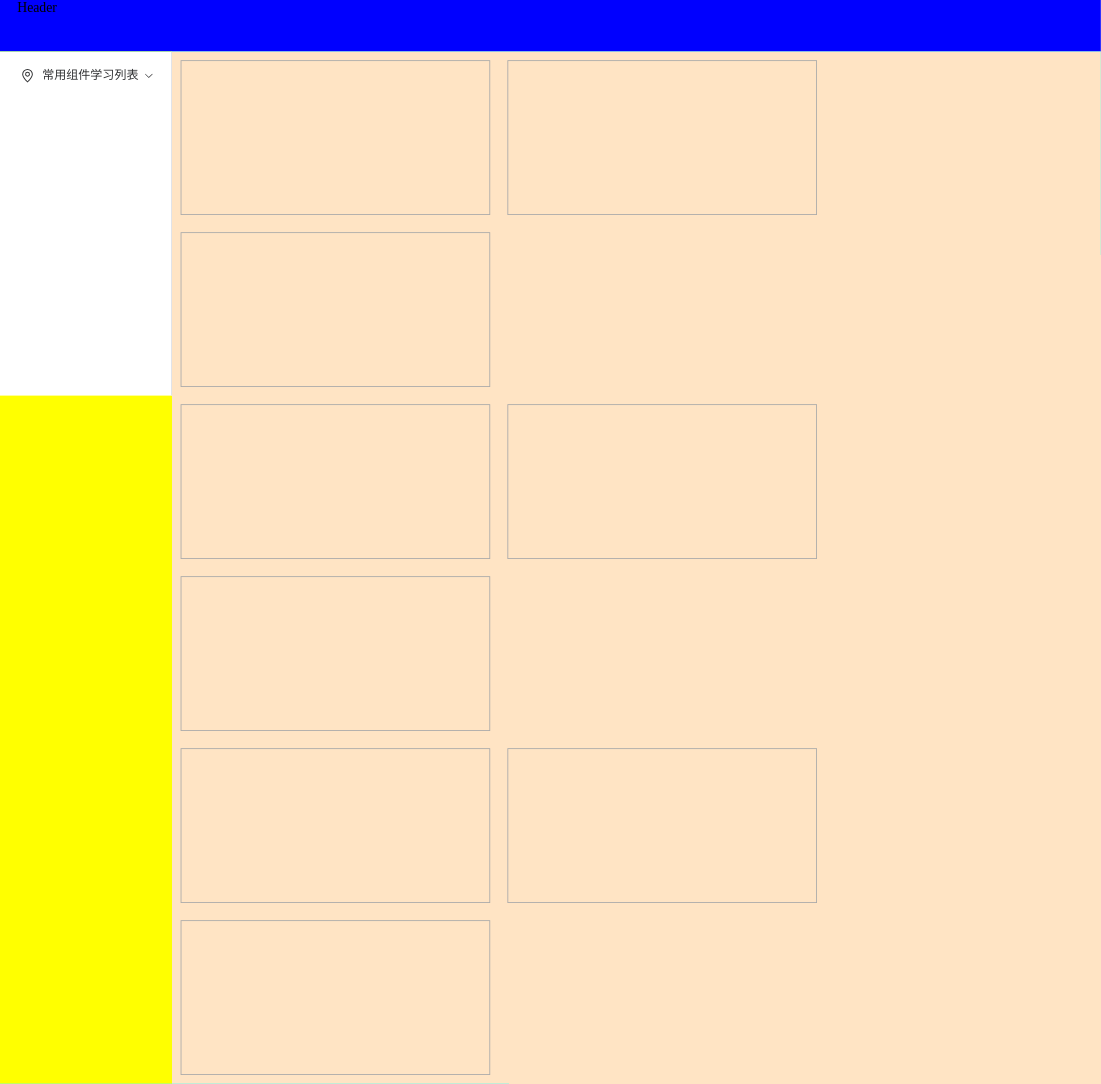
Repository: 553559555/vue3-project
Page: /#/index (app in vue3-app/)
An editor plug-in stored every save of this project. The page is shown before and after the next save, followed by the edit.
The browser window is 1280 px wide. The pictures show the whole page, at 86% of full size.
The project was rebuilt for these pictures with package versions that can differ from the ones it lists, and the page was loaded fresh each time. Also part of the build but not shown: vue3-app/vite.config.ts.

Above is the page before, as saved 2025-03-24 10:37:49.

### vue3-app/src/main.ts
import { createApp } from 'vue'
import ElementPlus from 'element-plus'
import 'element-plus/dist/index.css'
import router from './router'
import pinia from './stores'
import './style.css'
import App from './App.vue'

const app = createApp(App)
app.use(ElementPlus)
app.use(router)
app.use(pinia)

app.mount('#app')

### vue3-app/src/router/index.ts
import { createRouter, createWebHashHistory, createWebHistory } from 'vue-router'
import type { RouteRecordRaw } from 'vue-router'

const routes: Array<RouteRecordRaw> = [
  {
    path: '/',
    name: 'Login',
    component: () => import('../views/login.vue')
  },
  {
    path: '/index',
    name: 'index',
    component: () => import('../views/index.vue'),
    children: [
      {
        path: '',
        name: 'Home',
        component: () => import('../views/Home.vue')
      },
      {
        path: '/about',
        name: 'About',
        component: () => import('../views/About.vue')
      }
    ]
  }

]

const router = createRouter({
  history: createWebHashHistory(),
  routes
})

export default router

### vue3-app/src/stores/index.ts
import { createPinia } from 'pinia'

const pinia = createPinia()

export default pinia

### vue3-app/src/style.css
/* CSS 重置 */
* {
  margin: 0;
  padding: 0;
  box-sizing: border-box;
}

### vue3-app/src/App.vue
<script setup lang="ts">
import { RouterView } from 'vue-router'
</script>

<template>
    <router-view />
</template>

### vue3-app/src/views/index.vue
<template>
    <el-container class="container">
        <el-header>Header</el-header>
        <el-container>
            <el-aside width="200px">
                <home-left />
            </el-aside>
            <el-main>
                <router-view>
                </router-view>
            </el-main>
        </el-container>
    </el-container>
</template>

<script setup>

import { RouterView } from 'vue-router'
import HomeLeft from './components/home-left.vue'

</script>



<style scoped lang="scss">
.container {
    width: 100vw;
    height: 100vh;

    .el-header {
        background-color: blue;
    }

    .el-container {
        background-color: aqua;

        .el-aside {
            background-color: yellow;
        }

        .el-main {
            background-color: bisque;
            padding: 0;
        }

    }

}
</style>

### vue3-app/src/views/Home.vue
<template>
  <div class="home-container">
    <el-row class="row" :span="8">
      <el-col :span="8">
        <div class="grid-content ep-bg-purple-dark" />
      </el-col>
      <el-col :span="8">
        <div class="grid-content ep-bg-purple-dark" />
      </el-col>
      <el-col :span="8">
        <div class="grid-content ep-bg-purple-dark" />
      </el-col>
    </el-row>

    <el-row class="row" :span="8">
      <el-col :span="8">
        <div class="grid-content ep-bg-purple-dark" />
      </el-col>
      <el-col :span="8">
        <div class="grid-content ep-bg-purple-dark" />
      </el-col>
      <el-col :span="8">
        <div class="grid-content ep-bg-purple-dark" />
      </el-col>
    </el-row>

    <el-row class="row" :span="8">
      <el-col :span="8">
        <div class="grid-content ep-bg-purple-dark" />
      </el-col>
      <el-col :span="8">
        <div class="grid-content ep-bg-purple-dark" />
      </el-col>
      <el-col :span="8">
        <div class="grid-content ep-bg-purple-dark" />
      </el-col>
    </el-row>

  </div>
</template>

<script lang="ts" setup>

</script>

<style scoped lang="scss">
.home-container {
  width: 100%;
  height: 100%;
  box-sizing: border-box;

  .row {
    // padding: 10px;
    height: 400px;

    .el-col {
      box-sizing: border-box;
      margin: 10px;
      border: solid 1px #aaa;
    }
  }
}
</style>

### vue3-app/src/views/components/home-left.vue
<template>
    <div class="home-left-container">
        <el-menu default-active="2" class="el-menu-vertical-demo" @open="handleOpen" @close="handleClose"
            @select="handleSelect">
            <el-sub-menu v-for="(items, index) in listData" :index="items.name" :key="index">
                <template #title>
                    <el-icon>
                        <location />
                    </el-icon>
                    <span>{{ items.name }}</span>
                </template>
                <el-menu-item v-for="(item, index) in items.children" :index="item.name" :key="index">
                    <el-icon>
                        <location />
                    </el-icon>
                    <span>{{ item.name }}</span>
                </el-menu-item>
            </el-sub-menu>
        </el-menu>
    </div>
</template>

<script setup>
import { Location } from "@element-plus/icons-vue";

import { reactive, ref } from "vue";
const listData = reactive([
    {
        name: "常用组件学习列表",
        children: [
            {
                name: 'button'
            },
            {
                name: 'input'
            }
        ],
    },
]);
const isCollapse = ref(true);
const handleOpen = (key, keyPath) => {
    console.log(key, keyPath);
};
const handleClose = (key, keyPath) => {
    console.log(key, keyPath);
};

const handleSelect = (key, keyPath) => {
    console.log(key, keyPath);
};
</script>

<style scoped lang="scss">
.home-left-container {
    height: 100%;
    width: 100%;

    .el-menu-vertical-demo:not(.el-menu--collapse) {
        width: 200px;
        min-height: 400px;
    }
}
</style>

Loaded but not shown: vue3-app/index.html (common file)

After the next save:
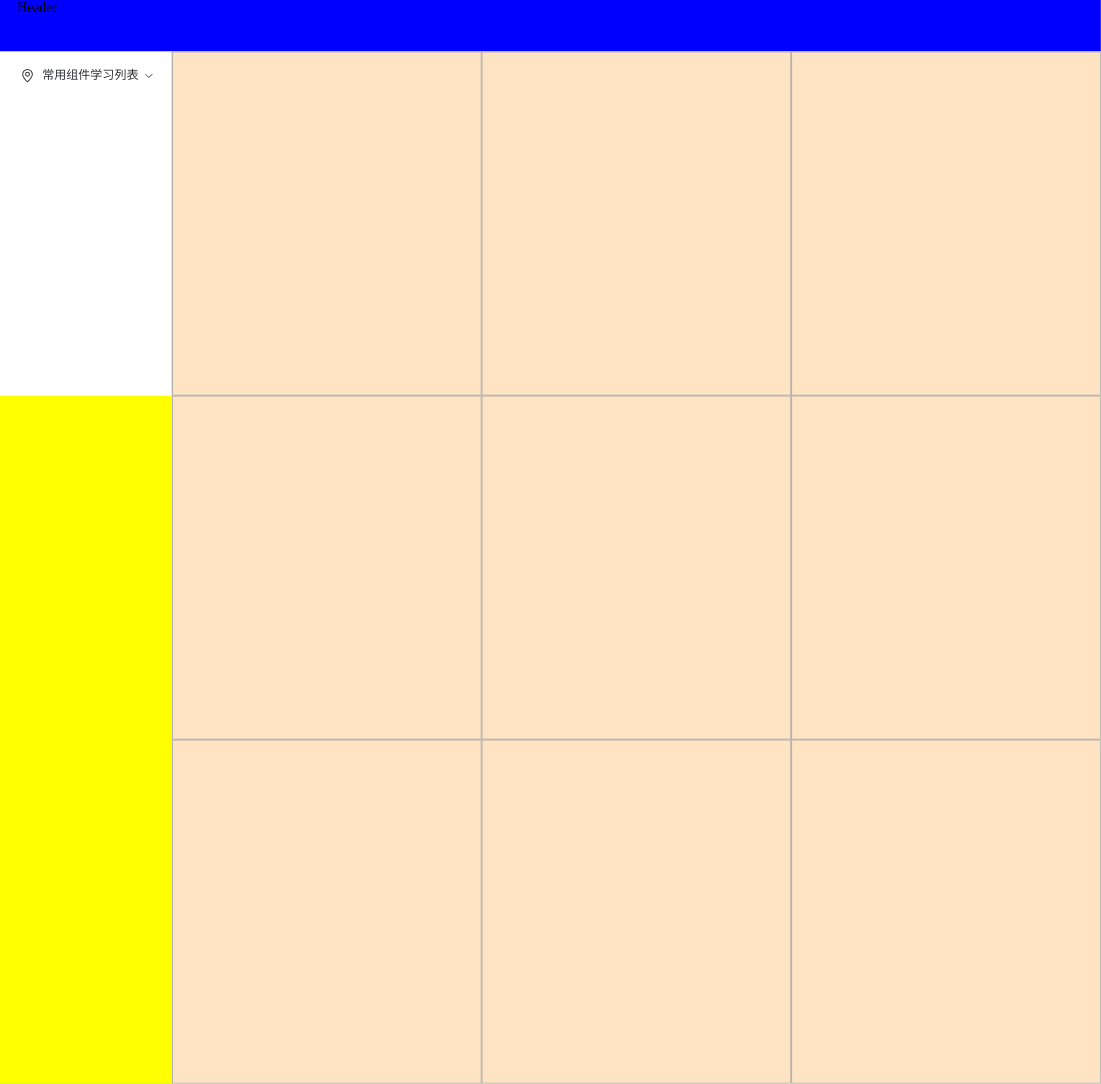
Saved 11 s later.
--- a/vue3-app/src/views/Home.vue
+++ b/vue3-app/src/views/Home.vue
@@ -55,7 +55,7 @@
 
     .el-col {
       box-sizing: border-box;
-      margin: 10px;
+      // margin: 10px;
       border: solid 1px #aaa;
     }
   }
